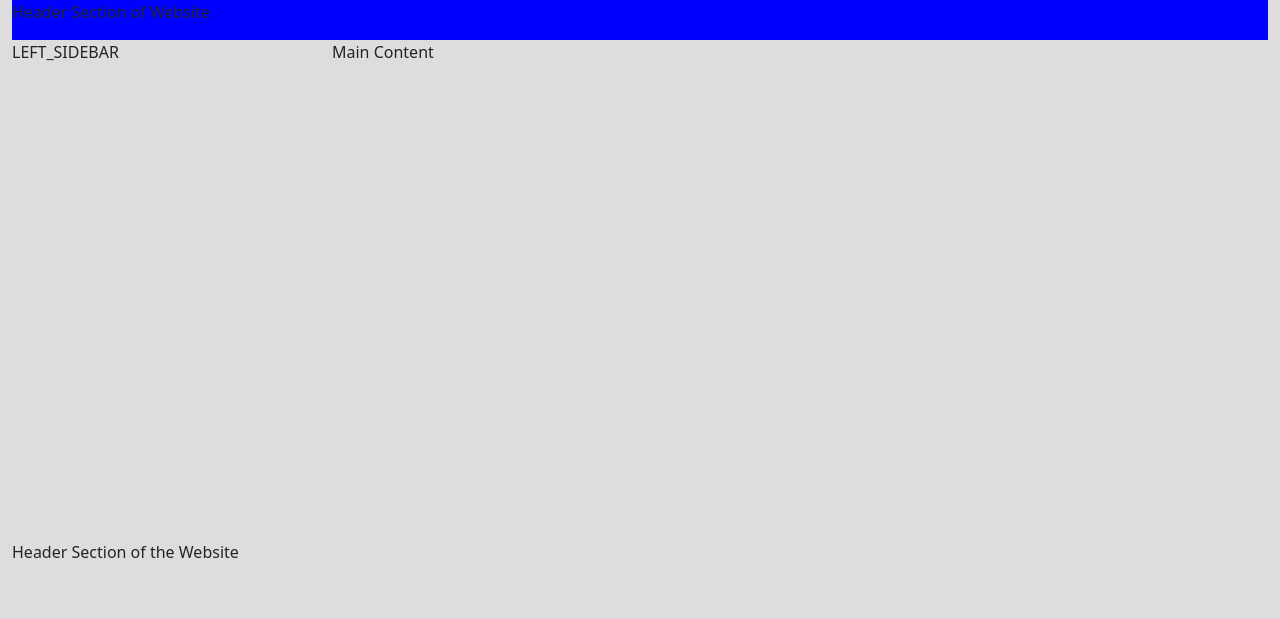
Repository: Dayvid0/BOOTSTRAP-TUTORIALS
Page: BOOTSTRAP-GRID-LAYOUTS/index.html
The author's editor kept a copy of each file at every save. The page is drawn from the files as they stood at one save, then again after the next save.
The browser window is 1280 px wide. The pictures show the whole page.

Above is the page before, as saved 2025-01-24 10:18:58.

### BOOTSTRAP-GRID-LAYOUTS/index.html
<!doctype html>
<html lang="en">
  <head>
    <!-- Required meta tags -->
    <meta charset="utf-8">
    <meta name="viewport" content="width=device-width, initial-scale=1">
    <!-- Bootstrap CSS -->
    <link href="https://cdn.jsdelivr.net/npm/bootstrap@5.0.2/dist/css/bootstrap.min.css" rel="stylesheet" integrity="sha384-EVSTQN3/azprG1Anm3QDgpJLIm9Nao0Yz1ztcQTwFspd3yD65VohhpuuCOmLASjC" crossorigin="anonymous">
    <link rel="stylesheet" href="./style.css">
    <title>Hello, world!</title>
  </head>
  <body>
  <div class="container-fluid">
    <div class="header">
      Header Section of Website
    </div>
    <div class="content">
      <div class="row">
        <div class="col-3 sidebar">
          LEFT_SIDEBAR
        </div>
        <div class="col-9 main-content">
          Main Content
      </div>
    </div>
  </div>
  <div class="footer">
    Header Section of the Website
  </div>
    <script src="https://cdn.jsdelivr.net/npm/bootstrap@5.0.2/dist/js/bootstrap.bundle.min.js" integrity="sha384-MrcW6ZMFYlzcLA8Nl+NtUVF0sA7MsXsP1UyJoMp4YLEuNSfAP+JcXn/tWtIaxVXM" crossorigin="anonymous"></script>
  </body>
</html>

### BOOTSTRAP-GRID-LAYOUTS/style.css
body {
  background-color: #ddd;
}
.header {
  background-color: blue;
  height: 40px;
}
.content {
  min-height: 500px;
}
.footer {
  background-color: rgba(red);
  height: 40px;
}

After the next save:
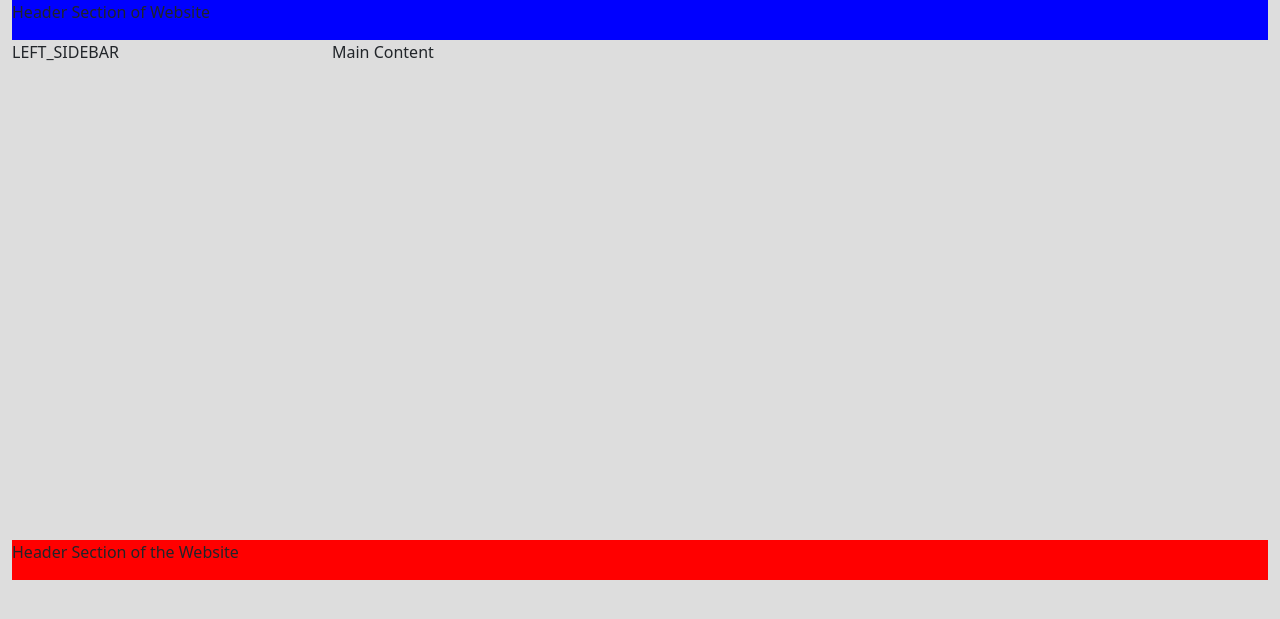
Saved 36 s later.
--- a/BOOTSTRAP-GRID-LAYOUTS/style.css
+++ b/BOOTSTRAP-GRID-LAYOUTS/style.css
@@ -9,6 +9,6 @@ body {
   min-height: 500px;
 }
 .footer {
-  background-color: rgba(red);
+  background-color: red;
   height: 40px;
 }
